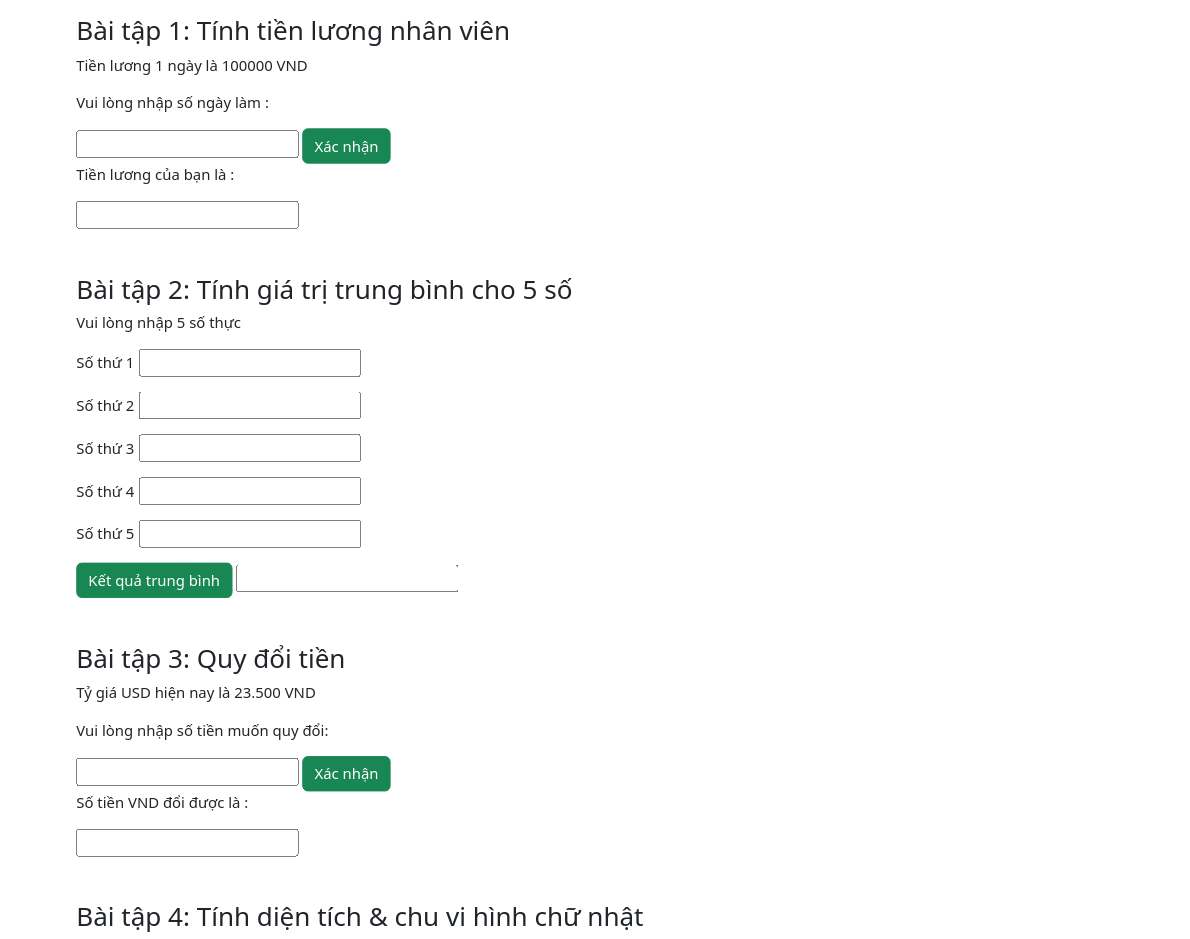
Repository: hcozyph/TranHuuPhuoc_BC43_BT_JS_Buoi2
Page: index.html
The author's editor kept a copy of each file at every save. The page is drawn from the files as they stood at one save, then again after the next save.
The browser window is 1280 px wide. The pictures show the whole page, at 93% of full size.

Above is the page before, as saved 2023-01-21 22:37:25.

After the next save:
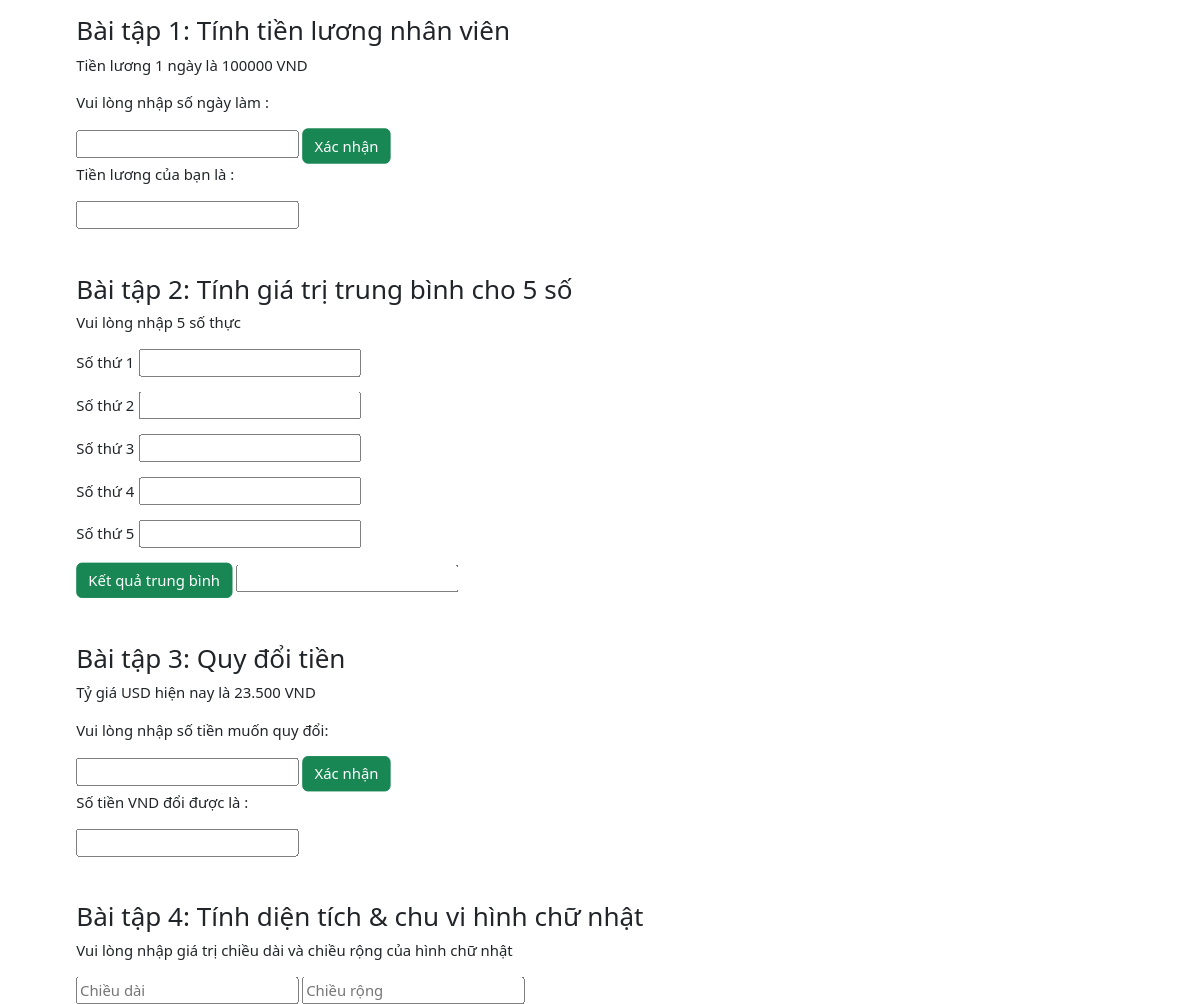
Saved 5 min 35 s later.
--- a/index.html
+++ b/index.html
@@ -96,6 +96,12 @@
                 <h1 class="fs-3 mt-5">
                     Bài tập 4: Tính diện tích & chu vi hình chữ nhật
                 </h1>
+                <p>
+                    Vui lòng nhập giá trị chiều dài và chiều rộng của hình chữ
+                    nhật
+                </p>
+                <input type="number" id="length" placeholder="Chiều dài" />
+                <input type="number" id="width" placeholder="Chiều rộng" />
             </div>
         </div>
 
